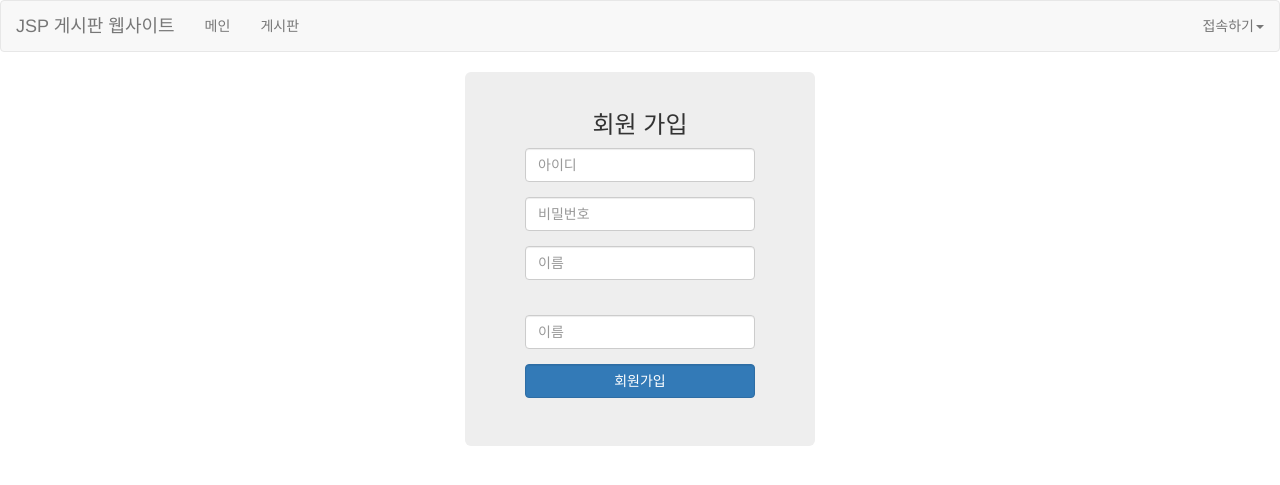
Repository: dofd6220/JSP-
Page: http://localhost/BBS/join.jsp
The author's editor kept a copy of each file at every save. The page is drawn from the files as they stood at one save, then again after a run of saves.
The browser window is 1280 px wide. The pictures show the whole page.
Some web libraries are served in a nearby version. The page is served by Tomcat 9.

Above is the page before, as saved 2023-11-18 13:25:55.

After the next 2 saves:
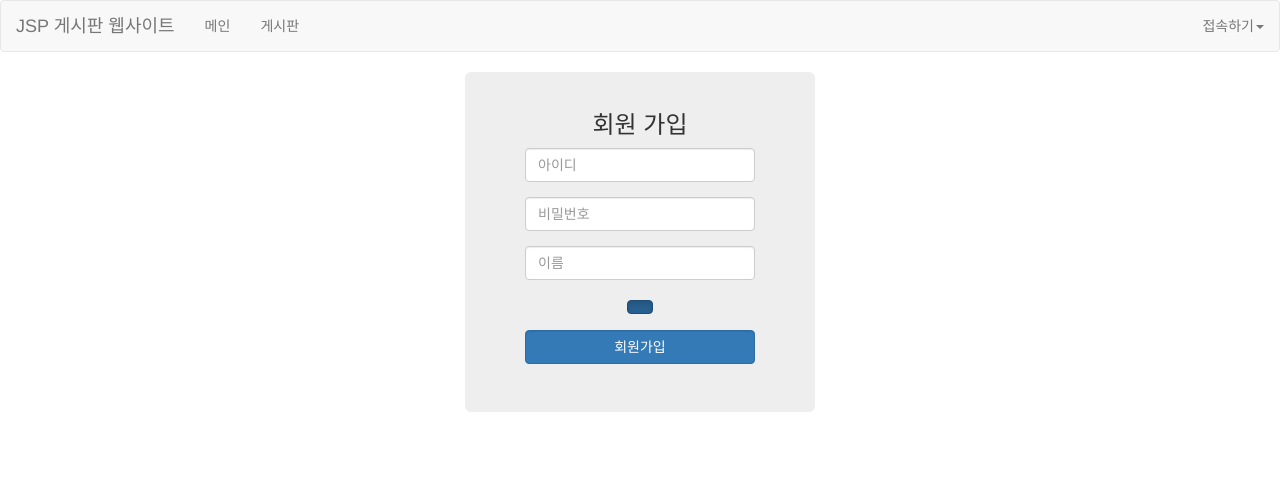
The 2 saves are shown as one change because they came seconds apart.
The last was saved 41 s later.
--- a/BBS/src/main/webapp/join.jsp
+++ b/BBS/src/main/webapp/join.jsp
@@ -56,8 +56,9 @@
 							<input type="text" class="form-control" placeholder="이름" name="userName" maxlength="20">
 						</div>
 						<div class="form-group" style="text-align: center;">
-							<div class ="btn-group" data-toggle="buttons"></div>
-							<input type="text" class="form-control" placeholder="이름" name="userName" maxlength="20">
+							<div class ="btn-group" data-toggle="buttons">
+								<label class="btn btn-primary active"></label>
+							</div>
 						</div>
 						<input type="submit" class="btn btn-primary form-control" value="회원가입">
 				</form>
